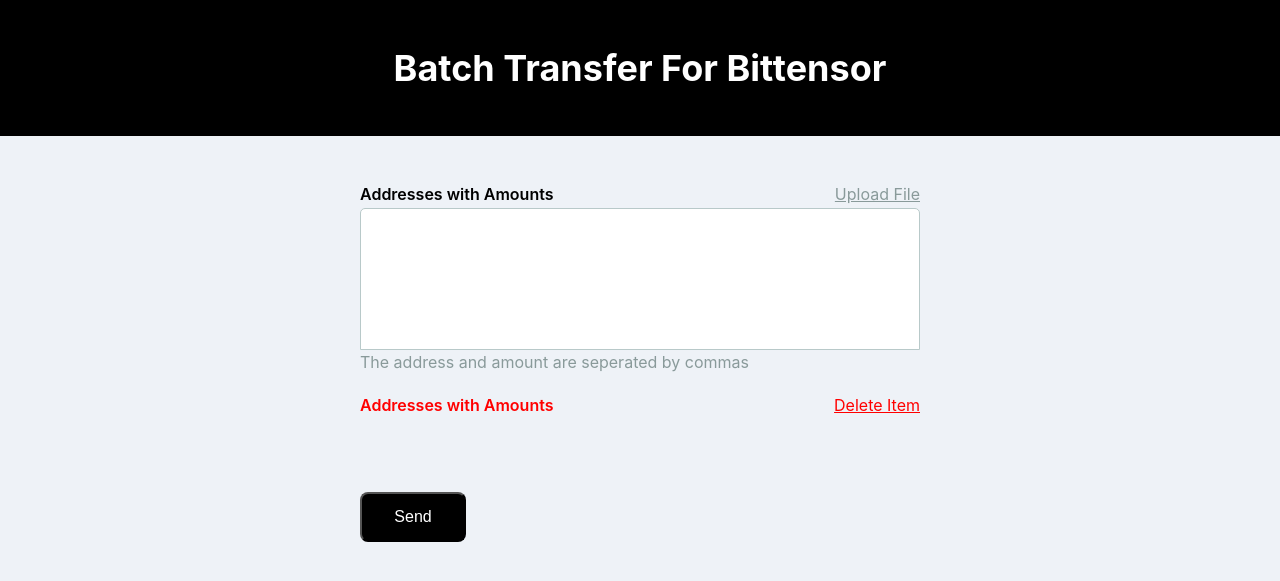
Repository: Dawid-Ace/batch_transfer_tao_master_ui
Page: /
These files come from the project's save history. The page is drawn as it stood at one moment and after the next save; the edit follows.
The browser window is 1280 px wide. The pictures show the whole page.
The project was rebuilt for these pictures with package versions that can differ from the ones it lists, and the page was loaded fresh each time.

Above is the page before, as saved 2023-05-10 04:32:01.

After the next save:
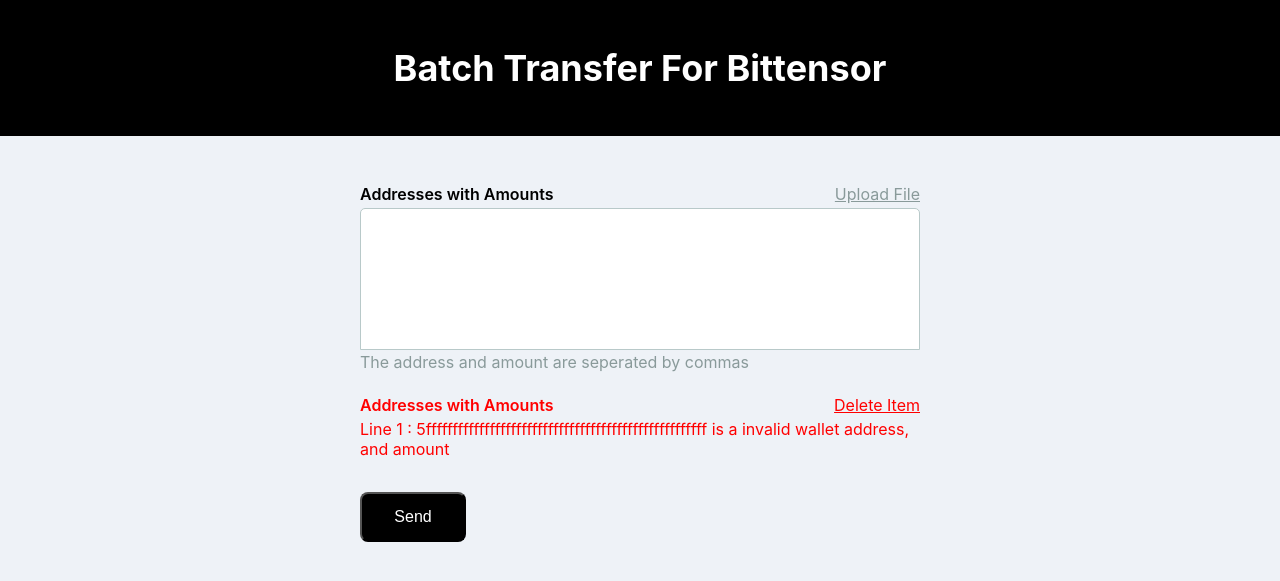
Saved 10 s later.
--- a/src/components/TransferForm/index.jsx
+++ b/src/components/TransferForm/index.jsx
@@ -190,7 +190,7 @@
           </FlexWrapper>
 
           <ResultListItem>
-
+            Line 1 : 5fffffffffffffffffffffffffffffffffffffffffffffffffffff is a invalid wallet address, and amount
           </ResultListItem>
         </ResultWrapper>
 
